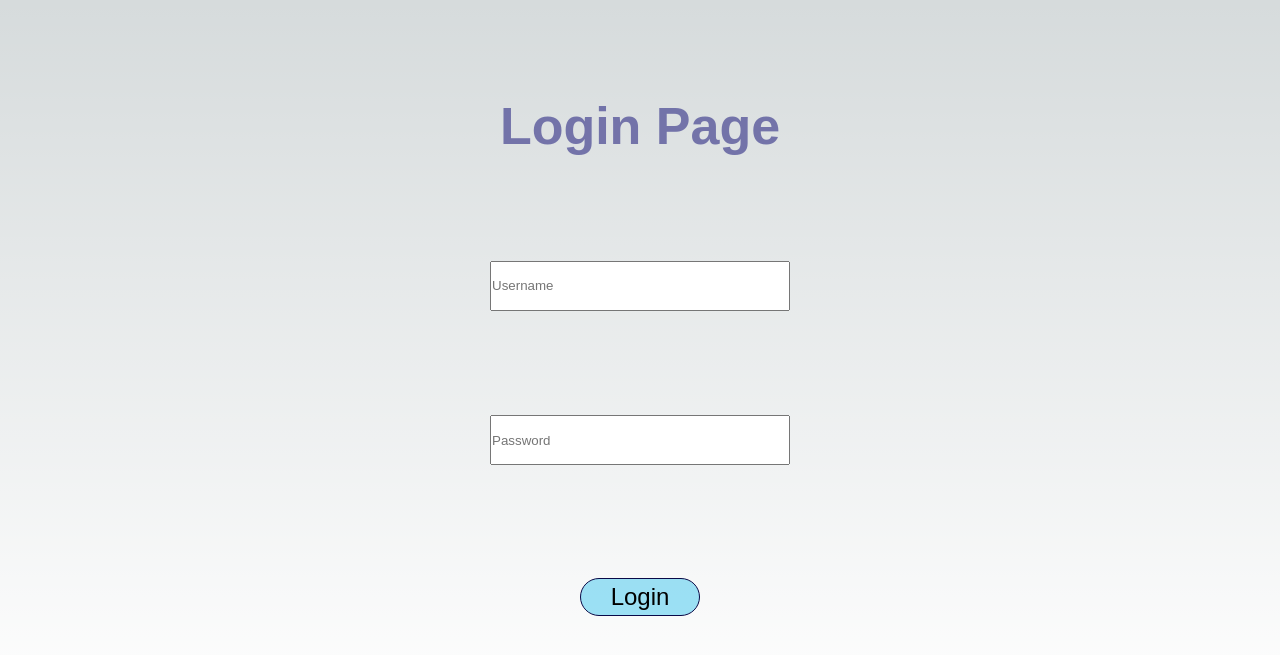
Repository: SaraShio/counter
Page: /
The author's editor kept a copy of each file at every save. The page is drawn from the files as they stood at one save, then again after the next save.
The browser window is 1280 px wide. The pictures show the whole page.
The project was rebuilt for these pictures with package versions that can differ from the ones it lists, and the page was loaded fresh each time. The framework's server and built-in components were replaced by stand-ins that run in the browser. Also part of the build but not shown: next.config.js.

Above is the page before, as saved 2023-01-15 22:39:23.

### pages/index.js
import Head from 'next/head'
import Image from 'next/image'
import { Inter } from '@next/font/google'
import styles from '../styles/Home.module.css'
import { useEffect, useState } from 'react'
import { useRouter } from 'next/router'


const inter = Inter({ subsets: ['latin'] })

export default function Home() {

  const router = useRouter();

  const [formData, setFormData] = useState({
    firstName: '',
    username: '',
  })

  const CheckLogin = () => {
    console.log(formData.firstName);
    console.log(formData);

    if (formData.username !== null) {
      router.push({
        pathname: './counter',
        query: {
          username: formData.firstName
        }
      })
    }
  }


  return (
    <>
      <Head>
        <title>Create Next App</title>
        <meta name="description" content="Generated by create next app" />
        <meta name="viewport" content="width=device-width, initial-scale=1" />
        <link rel="icon" href="/favicon.ico" />
      </Head>
      <main className={styles.main}>
        <label className={styles.title}>Login Page</label>
        <input
          placeholder='Username'
          type="text"
          id="first"
          name="first"
          //pattern="[A-Z]{1}[a-z]{2-10}"
          //title="The first letter should be uppercase"
          onChange={(e => setFormData({ ...formData, firstName: e.target.value }))}
        />

        <input
          placeholder='Password'
          type="text"
          id="username"
          name="username"
          //required
          //minLength="5"
          //maxLength="10"
          onChange={(e => setFormData({ ...formData, username: e.target.value }))}

        />


        <button className={styles.submit} type="submit" onClick={() => CheckLogin()}>Login</button>

      </main>
    </>
  )
}

### styles/globals.css
:root {
  --max-width: 1100px;
  --border-radius: 12px;
  --font-mono: ui-monospace, Menlo, Monaco, 'Cascadia Mono', 'Segoe UI Mono',
    'Roboto Mono', 'Oxygen Mono', 'Ubuntu Monospace', 'Source Code Pro',
    'Fira Mono', 'Droid Sans Mono', 'Courier New', monospace;

  --foreground-rgb: 0, 0, 0;
  --background-start-rgb: 214, 219, 220;
  --background-end-rgb: 255, 255, 255;
  --purple: #874e93;
  --medium-purple: #6565a2e3;
  --dark-gray: #434346;
  --deep-blue: #0a0a47;
  --light-blue: #51ccf18c;
  --extra-large-header-font: 52px;
  --large-header-font: 40px;
  --medium-header-font: 32px;
  --small-header-font: 24px;
  --new-font: 'Raleway', sans-serif, 'Unbounded', cursive;
  --padding: 16px;


  --primary-glow: conic-gradient(from 180deg at 50% 50%,
      #16abff33 0deg,
      #0885ff33 55deg,
      #54d6ff33 120deg,
      #0071ff33 160deg,
      transparent 360deg);
  --secondary-glow: radial-gradient(rgba(255, 255, 255, 1),
      rgba(255, 255, 255, 0));

  --tile-start-rgb: 239, 245, 249;
  --tile-end-rgb: 228, 232, 233;
  --tile-border: conic-gradient(#00000080,
      #00000040,
      #00000030,
      #00000020,
      #00000010,
      #00000010,
      #00000080);

  --callout-rgb: 238, 240, 241;
  --callout-border-rgb: 172, 175, 176;
  --card-rgb: 180, 185, 188;
  --card-border-rgb: 131, 134, 135;
}

@media (prefers-color-scheme: dark) {
  :root {
    --foreground-rgb: 255, 255, 255;
    --background-start-rgb: 0, 0, 0;
    --background-end-rgb: 0, 0, 0;

    --primary-glow: radial-gradient(rgba(1, 65, 255, 0.4), rgba(1, 65, 255, 0));
    --secondary-glow: linear-gradient(to bottom right,
        rgba(1, 65, 255, 0),
        rgba(1, 65, 255, 0),
        rgba(1, 65, 255, 0.3));

    --tile-start-rgb: 2, 13, 46;
    --tile-end-rgb: 2, 5, 19;
    --tile-border: conic-gradient(#ffffff80,
        #ffffff40,
        #ffffff30,
        #ffffff20,
        #ffffff10,
        #ffffff10,
        #ffffff80);

    --callout-rgb: 20, 20, 20;
    --callout-border-rgb: 108, 108, 108;
    --card-rgb: 100, 100, 100;
    --card-border-rgb: 200, 200, 200;
  }
}

* {
  box-sizing: border-box;
  padding: 0;
  margin: 0;
}

html,
body {
  max-width: 100vw;
  overflow-x: hidden;
}

body {
  color: rgb(var(--foreground-rgb));
  background: linear-gradient(to bottom,
      transparent,
      rgb(var(--background-end-rgb))) rgb(var(--background-start-rgb));
}

a {
  color: inherit;
  text-decoration: none;
}

@media (prefers-color-scheme: dark) {
  html {
    color-scheme: dark;
  }
}

### styles/Home.module.css
.main {
  display: flex;
  flex-direction: column;
  justify-content: space-between;
  align-items: center;
  padding: 6rem;
  min-height: 100vh;
  color: var(--medium-purple);
  font-size: var(--large-header-font);
  font-family: var(--new-font);
}

.title {
  font-size: var(--extra-large-header-font);
  font-weight: bold;
}

.main>input {
  width: 300px;
  height: 50px;
}

.submit {
  background-color: var(--light-blue);
  border: 0.5px solid var(--deep-blue);
  width: 120px;
  border-radius: 1000px;
  font-size: var(--small-header-font);
  font-family: var(--new-font);
  margin: 8px;
  padding: 4px;
}

Loaded but not shown: pages/_app.js (common file); pages/_document.js (common file)

After the next save:
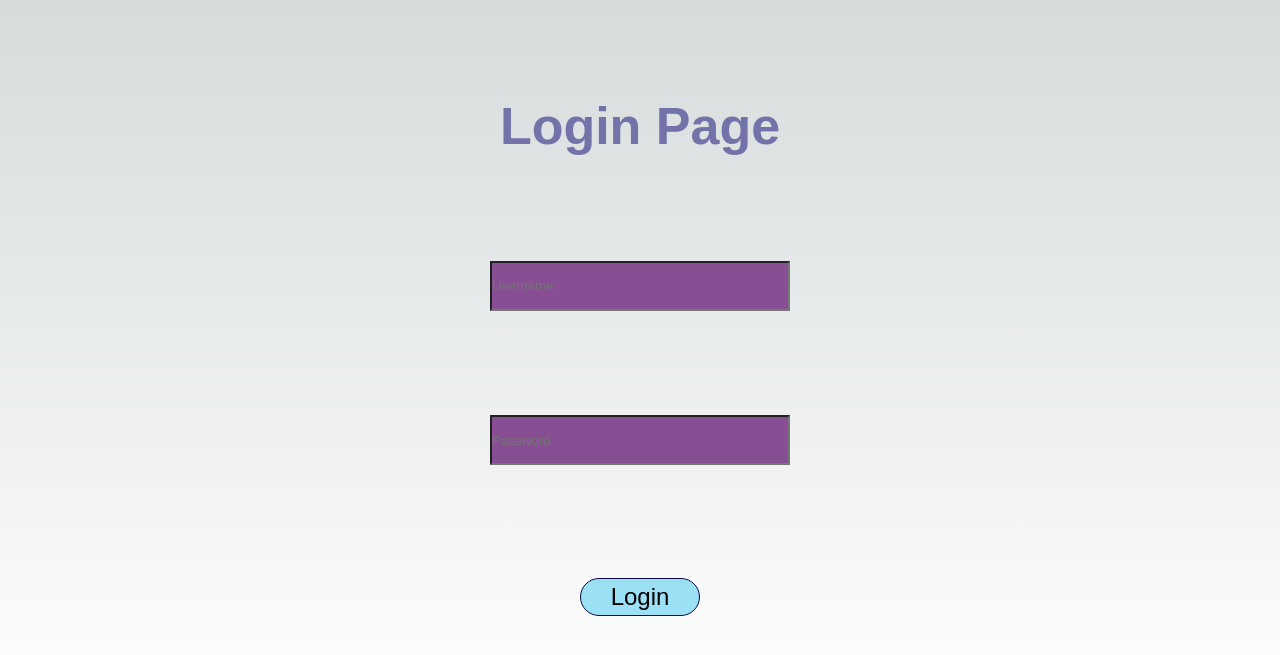
Saved 6 min 29 s later.
--- a/styles/Home.module.css
+++ b/styles/Home.module.css
@@ -18,6 +18,7 @@
 .main>input {
   width: 300px;
   height: 50px;
+  background-color: var(--purple);
 }
 
 .submit {
